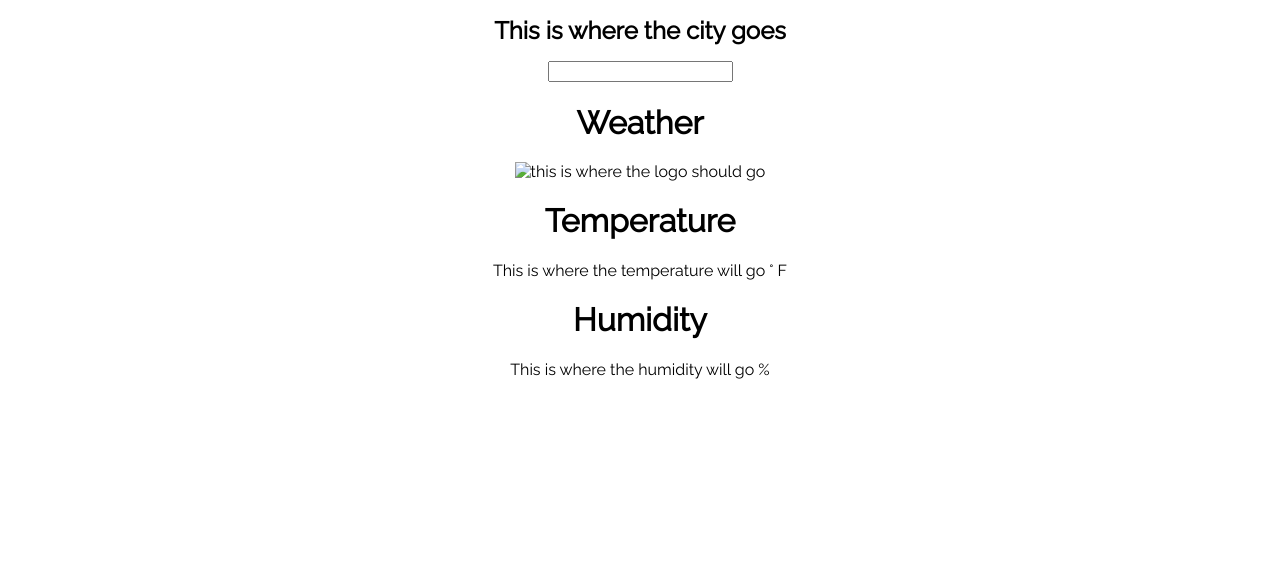
Repository: Juliolikescoding/js_weather
Page: index.html
These files come from the project's save history. The page is drawn as it stood at one moment and after the next save; the edit follows.
The browser window is 1280 px wide. The pictures show the whole page.

Above is the page before, as saved 2018-05-22 20:31:57.

After the next save:
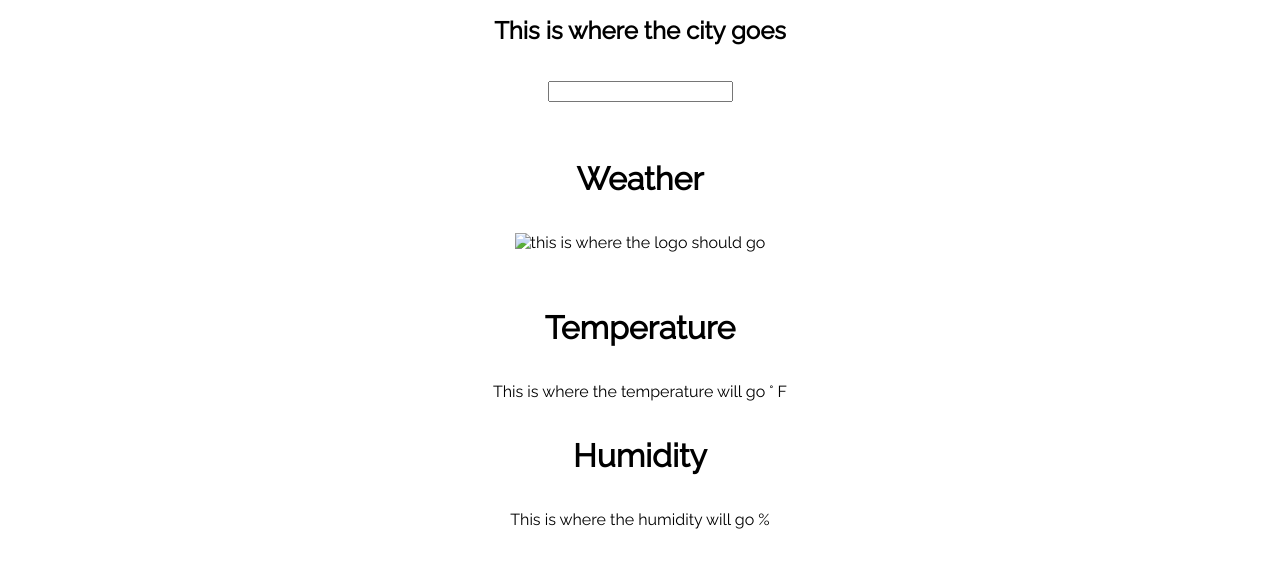
Saved 67 s later.
--- a/style/main.css
+++ b/style/main.css
@@ -9,3 +9,7 @@
     font-size: 24px;
 
 }
+
+body *{
+    margin-bottom: 5vh;
+}
